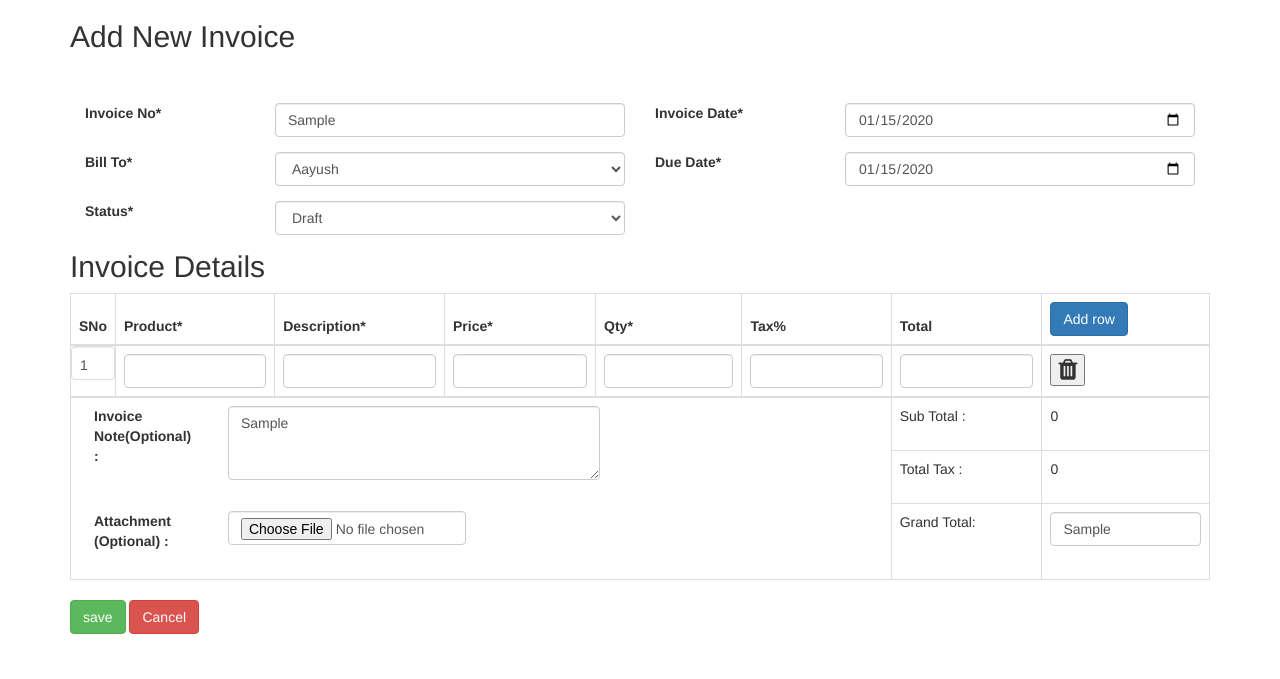
Repository: Aayush13013/Invoice_Management_app
Page: http://localhost/invoiceInfo/WEB-INF/jsp/new_invoiceInfo.jsp
These files come from the project's save history. The page is drawn as it stood at one moment and after the next save; the edit follows.
The browser window is 1280 px wide. The pictures show the whole page.
Empty fields were first filled with sample values (such as "Sample", 5 or name@example.com).
After loading, the first visible `input.btn` was clicked once.
The page is served by Tomcat 9. Nobody is signed in. The template is opened directly, without the code that normally fills it, so the values that code supplies are empty.

Above is the page before, as saved 2021-12-28 07:42:13.

After the next save:
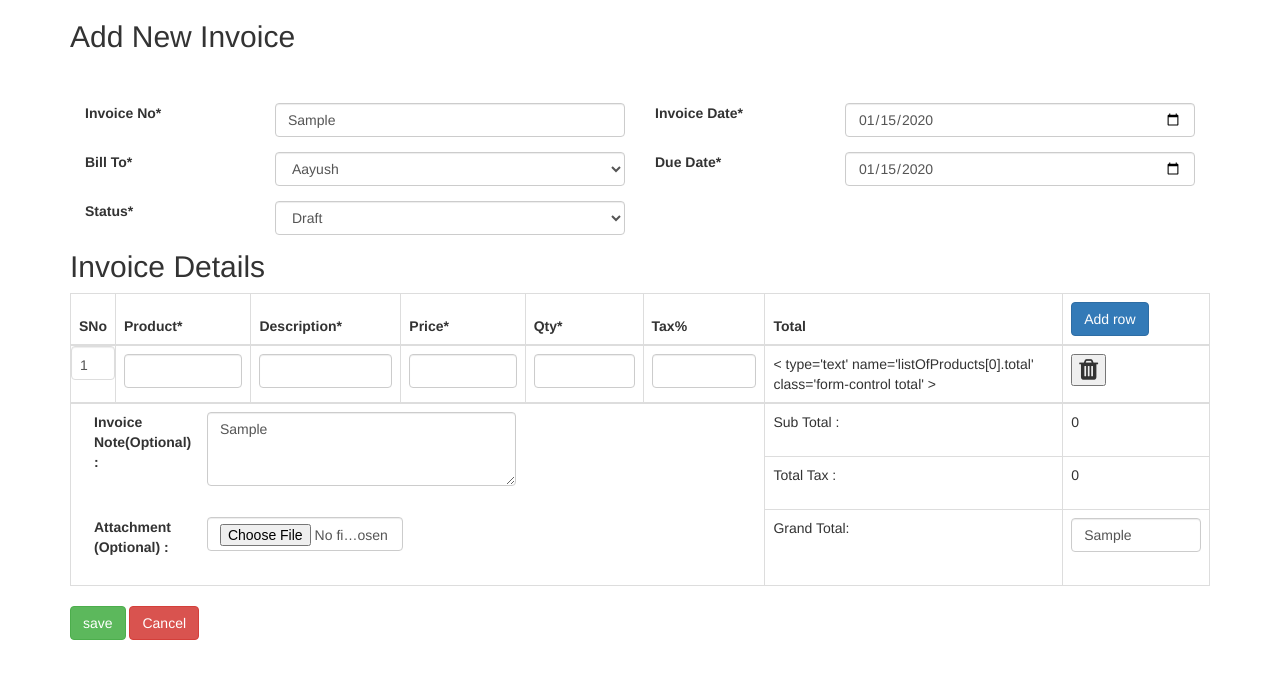
Saved 50 s later.
--- a/invoiceInfo/invoiceInfo/src/main/webapp/WEB-INF/jsp/new_invoiceInfo.jsp
+++ b/invoiceInfo/invoiceInfo/src/main/webapp/WEB-INF/jsp/new_invoiceInfo.jsp
@@ -36,7 +36,7 @@
              "<td id='price" + counts + "' ><input type='text'  name='listOfProducts[" + counts + "].price' class='form-control price' ></td> " +
              "<td id='qty" + counts + "' ><input type='text'  name='listOfProducts[" + counts + "].qty' class='form-control qty' ></td> " +
              "<td id='tax" + counts + "' ><input type='text'  name='listOfProducts[" + counts + "].taxPercent' class='form-control tax' ></td> " +
-             "<td id='total" + counts + "' ><input type='text'  name='listOfProducts[" + counts + "].total'  class='form-control total' ></td> " +
+             "<td id='total" + counts + "' >< type='text'  name='listOfProducts[" + counts + "].total'  class='form-control total' ></td> " +
 
              "<td><button onclick=deleteRow(this)><i class='fa fa-trash' style='font-size:24px' ></i></button></td> " +
              "</tr>";
